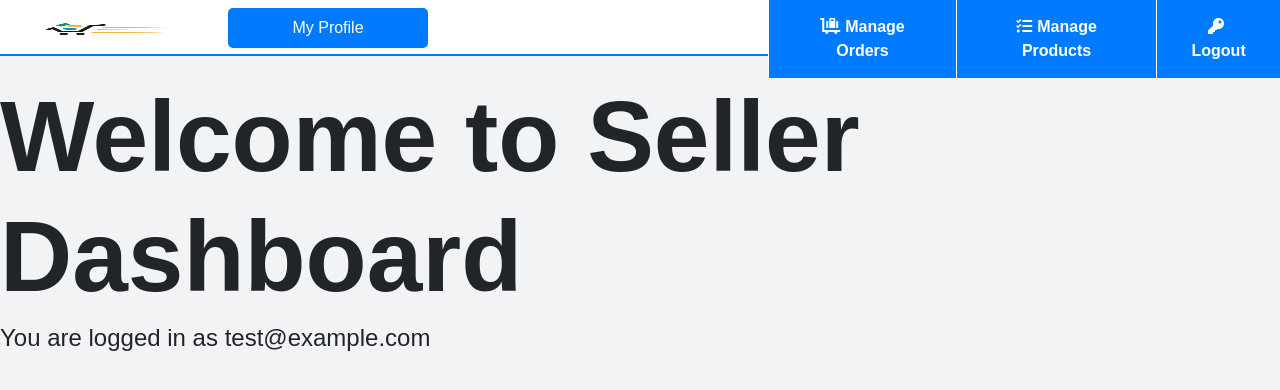
Repository: sahanjayawardena9619/PAF_Project
Page: http://localhost/paf_project/WEB-INF/views/sellerDashboard.jsp
The author's editor kept a copy of each file at every save. The page is drawn from the files as they stood at one save, then again after the next save.
The browser window is 1280 px wide. The pictures show the whole page.
Some web libraries are served in a nearby version. The page is served by Tomcat 9. The session is filled in as if someone had signed in: {"email": "test@example.com", "userID": 1, "emailSeller": "test@example.com", "userIDSeller": "testuser"}. Other server files are loaded and not shown. The template is opened directly, without the code that normally fills it, so the values that code supplies are empty.

Above is the page before, as saved 2019-05-15 18:07:51.

### Main Project (Final)/PAF/paf_project/src/main/webapp/WEB-INF/views/sellerDashboard.jsp
<%@ page language="java" contentType="text/html; charset=ISO-8859-1"
	pageEncoding="ISO-8859-1"%>
<%@ include file="/WEB-INF/views/includes.jsp"%>
<!DOCTYPE html PUBLIC "-//W3C//DTD HTML 4.01 Transitional//EN" "http://www.w3.org/TR/html4/loose.dtd">
<html>
<head>
<meta http-equiv="Content-Type" content="text/html; charset=ISO-8859-1">

<link rel="stylesheet" type="text/css"
	href="<c:url value="/resources/css/bootstrap.css"/>">
<link rel="stylesheet"
	href="https://use.fontawesome.com/releases/v5.8.1/css/all.css"
	integrity="sha384-50oBUHEmvpQ+1lW4y57PTFmhCaXp0ML5d60M1M7uH2+nqUivzIebhndOJK28anvf"
	crossorigin="anonymous">
<link rel="stylesheet" type="text/css"
	href="<c:url value="/resources/css/custom.css"/>">
<script type="text/javascript"
	href="<c:url value="/resources/js/bootstrap.min.js"/>"></script>



<title>Home Page</title>
</head>
<body>
	<div class="top-nav-bar">
		<div class="search-box">
			<a href="/paf_project/"><img
				src="<c:url value="/resources/images/cart.jpg"/>" class="logo"></a>
			<a href="/paf_project/editSeller"><input type="button"
				value="My Profile"
				style="width: 200px; height: 40px; margin: 8px; border-radius: 5px; background-color: #007bff; border: none; color: white" /></a>
		</div>

		<div class="menu-bar">
			<ul>
				<li><a href="/paf_project/viewAllPurchase"><i
						class="fas fa-luggage-cart" style="margin-right: 5px;"></i>Manage
						Orders</a></li>
				<li><a href="/paf_project/viewAllCartItems"><i
						class="fas fa-tasks" style="margin-right: 5px;"></i>Manage
						Products </a></li>
				<li><a href="/paf_project/userLogout"><i class="fas fa-key"
						style="margin-right: 5px;"></i>Logout</a></li>
			</ul>
		</div>
	</div>

	<div>
		<h1 style="font-size:100px;"><b>Welcome to Seller Dashboard</b></h1>
		<h4>You are logged in as <font-color="green"><%=session.getAttribute("emailSeller") %></font></h4>
	</div>

</body>
</html>

### Main Project (Final)/PAF/paf_project/src/main/webapp/WEB-INF/views/includes.jsp
<%@ page language="java" contentType="text/html; charset=ISO-8859-1" pageEncoding="ISO-8859-1"%>
<%@taglib uri="http://www.springframework.org/tags" prefix="spring"%>
<%@taglib uri="http://www.springframework.org/tags/form" prefix="form"%>
<%@taglib uri="http://java.sun.com/jsp/jstl/core" prefix="c"%>

<!-- This contains the most used tag libraries -->

### Main Project (Final)/PAF/paf_project/src/main/webapp/resources/css/custom.css
*
{
	margin: 0;
	padding: 0;
}

body{
	background-color: #f1f3f4;
	font-family: sans-serif;
}

.top-nav-bar{
	height:56px;
	top : 0;
	position: sticky;
	background: #fff;
	margin-bottom: 20px;
	border-bottom: 2px solid #007bff;
	z-index: 2;
}

.logo{
	height:48px;
	width: 200px;
	margin: 5px 10px;
}

.form-control{
	margin-top: 9px !important;
	margin-left: 30px !important;
	border: 1px solid #007bff !important;
	border-top-left-radius: 20px !important;
	border-bottom-left-radius: 20px !important;
	border-top-right-radius: 0 !important;
	border-bottom-right-radius: 0 !important;
	box-shadow: none !important;
}

.search-box{
	display: inline-flex;
	width:60%;
}

.input-group-text {
	background-color: #007bff;
	border: 1px solid #007bff;
	margin: 8.5px 10px 3px 0;
	height: 38px;
	color:white;
	border-top-left-radius: 0px !important;
	border-bottom-left-radius: 0px !important;
	border-top-right-radius: 20px !important;
	border-bottom-right-radius: 20px !important;
	cursor: pointer;
}



.menu-bar{
	width: 40%;
	height: 57px;
	float: right;
}

.menu-bar ul{
	display: inline-flex;
	float: right;
}

.menu-bar ul li{
	border-left: 1px solid #fff;
	list-style-type: none;
	padding: 15px 25px;
	text-align: center;
	background-color: #007bff;
	cursor: pointer;
}

.menu-bar ul li a{
	font-size: 16px;
	font-weight: bold;
	color: #fff;
	text-decoration: none;
}

@media only screen and (max-width: 980px){
	.top-nav-bar{
		height: 118px;
		border-bottom: 0;
	}

	.search-box{
		width: 100%;
	}

	.menu-bar{
		width: 100%;
	}

	.menu-bar ul{
		margin: 10px 0;
		width: 100%;
	}

	.menu-bar ul li{
		height: 57px;
	}
}

.nopadding {
   padding: 0 !important;
   margin: 0 !important;
}

.col-sm-3{
	margin-bottom: 5%;
}

Loaded but not shown: Main Project (Final)/PAF/paf_project/src/main/webapp/resources/css/bootstrap.css (library)

After the next save:
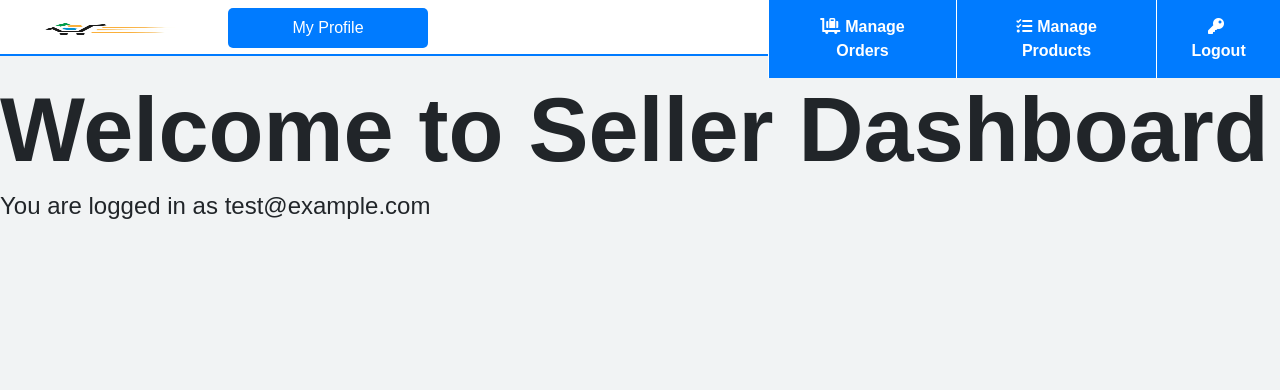
Saved 8 s later.
--- a/Main Project (Final)/PAF/paf_project/src/main/webapp/WEB-INF/views/sellerDashboard.jsp
+++ b/Main Project (Final)/PAF/paf_project/src/main/webapp/WEB-INF/views/sellerDashboard.jsp
@@ -46,7 +46,7 @@
 	</div>
 
 	<div>
-		<h1 style="font-size:100px;"><b>Welcome to Seller Dashboard</b></h1>
+		<h1 style="font-size:90px;"><b>Welcome to Seller Dashboard</b></h1>
 		<h4>You are logged in as <font-color="green"><%=session.getAttribute("emailSeller") %></font></h4>
 	</div>
 
